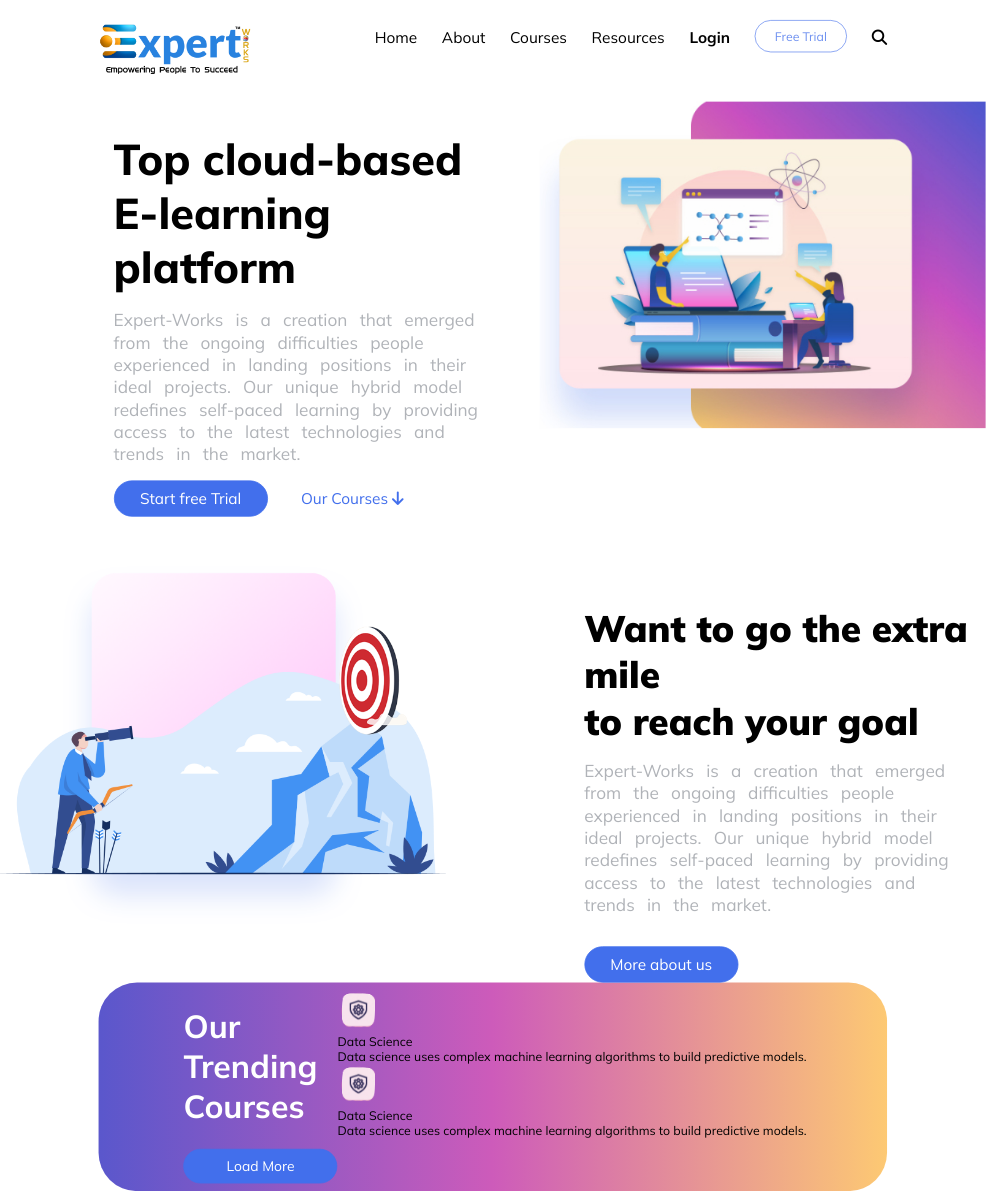
Repository: FlyweisReact/Raghu-B2C
Page: /homePage
An editor plug-in stored every save of this project. The page is shown before and after the next save, followed by the edit.
The browser window is 1280 px wide. The pictures show the whole page, at 77% of full size.
Some web libraries are served in a nearby version. The project was rebuilt for these pictures with package versions that can differ from the ones it lists, and the page was loaded fresh each time. Also part of the build but not shown: src/Footer/footer.scss, src/Footer/Footer.jsx, src/component/pages/courses/course.scss, src/component/Navbar/nav.scss, src/component/Navbar/Nav.jsx, src/component/navigation/NavItems.js, src/component/navigation/Dropdown.css, src/component/navigation/Dropdown.js and 43 more.

Above is the page before, as saved 2023-02-03 16:07:05.

### public/index.html
<!DOCTYPE html>
<html lang="en">
  <head>
    <meta charset="utf-8" />
    <link rel="icon" href="%PUBLIC_URL%/favicon.ico" />
    <meta name="viewport" content="width=device-width, initial-scale=1" />
    <meta name="theme-color" content="#000000" />
    <meta
      name="description"
      content="Web site created using create-react-app"
    />
    <link rel="apple-touch-icon" href="%PUBLIC_URL%/logo192.png" />
    <link href="https://fonts.googleapis.com/css2?family=Mulish:ital,wght@0,200;0,300;0,400;0,500;0,600;0,700;0,800;0,900;1,200;1,300;1,400;1,500;1,600;1,700;1,800&display=swap" rel="stylesheet">
    <link rel="manifest" href="%PUBLIC_URL%/manifest.json" />
    <title>Educational Web</title>
  </head>
  <body>
    <noscript>You need to enable JavaScript to run this app.</noscript>
    <div id="root"></div>
    <script src="https://kit.fontawesome.com/b533b351e4.js" crossorigin="anonymous"></script>
  </body>
</html>

### src/index.js
/** @format */

import React from "react";
import ReactDOM from "react-dom";
import { BrowserRouter } from "react-router-dom";
import App from "./App";

ReactDOM.render(
  <React.StrictMode>
    <BrowserRouter>
      <App />
    </BrowserRouter>
  </React.StrictMode>,
  document.getElementById("root")
);

### src/App.js
/** @format */

import { Routes, Route } from "react-router-dom";
import "./App.css";
import "./component/common.scss";
import Courses from "./component/pages/courses/Courses";
import Home from "./component/Home";
import Programs from "./component/pages/Programs/Programs";
import Login from "./component/pages/LoginPage/Login";
import CreateAccount from "./component/pages/CreateAccount/CreateAccount";
import UsertakenCourses from "./component/pages/UserTakenCourses/UsertakenCourses";
import ExploreMore from "./component/pages/morecourses/ExploreMore";
import Forgot from "./component/pages/forgotPassword/Forgot";
import OTP from "./component/pages/otp/OTP";
import Reset from "./component/pages/reset/Reset";
import ViewCourses from "./component/pages/viewCourses/ViewCourses";
import SignUpOtp from "./component/pages/signUpOtp/SignUpOtp"
import MyCourse from "./component/pages/Mycourse/MyCourse";
import MyCourseDesc from "./component/pages/Mycourse/MyCourseDesc";
import FreeTrial from "./component/pages/FreeTrial/FreeTrial";
import Subscription from "./component/pages/FreeTrial/Subscription";
import Billing from "./component/pages/FreeTrial/Billing";
import ThankYOu from "./component/pages/FreeTrial/ThankYOu";
import HomePage from "./HomePage";

function App() {
  const user = false;

  return (
    <div className="App">
      <Routes>
        <Route exect path="/" element={<Login />} />
        <Route exect path="/emailVerify" element={<Forgot />} />
        <Route exect path="/otp" element={<OTP />} />
        <Route exect path="/reset" element={<Reset />} />
        <Route exect path="/cources" element={<Courses />} />
        <Route exect path="/viewCourses" element={<ViewCourses />} />
        <Route exect path="/program" element={<Programs />} />
        <Route exect path="/home" element={<Home user={user} />} />
        <Route exect path="/create-acount" element={<CreateAccount />} />
        <Route exect path="/signUpOtp" element={<SignUpOtp />} />
        <Route exect path="/user" element={<UsertakenCourses />} />
        <Route exect path="/explore" element={<ExploreMore />} />
        <Route exect path="/myCourse" element={<MyCourse />} />
        <Route exect path="/myCourse/:id" element={<MyCourseDesc />} />
        <Route  exect path="/trial" element={<FreeTrial />} />
        <Route  exect path="/subscription" element={<Subscription />} />
        <Route  exect path="/billing" element={<Billing />} />
        <Route  exect path="/thank" element={<ThankYOu />} />
        <Route  exect path="/homePage" element={<HomePage />} />





      </Routes>
    </div>
  );
}

export default App;

### src/App.css
*{
  margin: 0;
  padding: 0;
  box-sizing: border-box;
  font-family: 'Mulish', sans-serif;
}
.hello{
  color:#7ABCFF;
color:  #3284D6;
color:  #D1E8FF;

}

### src/component/common.scss
.links{
    text-decoration: none;
    color: #fff;
    overflow-x: hidden;
}

*{
    // overflow-x: hidden;
    scroll-behavior: smooth;
}

### src/HomePage.js
/** @format */

import React from "react";
import "./HomePage.css";
// Images
import img from "./images/logo.png";
import img1 from './images/1st image.png'
import img2 from './images/2nd image.png'
import img3 from './images/Home.png'
import img4 from './images/icon.png'


const HomePage = () => {
  return (
    <>
      <div className="HomeNewnav">
        <div className="left">
          <img src={img} alt="" />
        </div>
        <div className="right">
          <ul>
            <li>Home</li>
            <li>About </li>
            <li>Courses</li>
            <li>Resources</li>
            <li style={{ fontWeight: "bold" }}>Login</li>
            <button>Free Trial</button>
            <li>
              <i class="fa-solid fa-magnifying-glass"></i>
            </li>
          </ul>
        </div>
      </div>

      <div className="mainSecTwo">
        <div className="left">
          <p className="head">
            Top cloud-based <br /> E-learning platform{" "}
          </p>
          <p className="desc">
            Expert-Works is a creation that emerged from the ongoing
            difficulties people experienced in landing positions in their ideal
            projects. Our unique hybrid model redefines self-paced learning by
            providing access to the latest technologies and trends in the
            market.
          </p>
          <div className="btns">
            <button
              style={{
                backgroundColor: "#426fec",
                color: "#fff",
                width: "200px",
                border: "1px solid #426fec",
                fontSize: "20px",
                borderRadius: "50px",
                padding: "10px",
              }}
            >
              Start free Trial
            </button>
            <button
              style={{
                backgroundColor: "#fff",
                color: "#426fec",
                width: "200px",
                border: "none",
                fontSize: "20px",
                borderRadius: "50px",
                padding: "10px",
              }}
            >
              Our Courses <i class="fa-solid fa-arrow-down"></i>
            </button>
          </div>
        </div>
        <div className="right">
          <img
            src={img3}
            alt=""
          />
        </div>
      </div>

      <div className="mainSecTwo2">
        <div className="left">
          <img
            src={img2}
            alt=""
          />
        </div>
        <div className="right">
          <p className="head">
            Want to go the extra mile <br />
            to reach your goal
          </p>
          <p className="desc">
            Expert-Works is a creation that emerged from the ongoing
            difficulties people experienced in landing positions in their ideal
            projects. Our unique hybrid model redefines self-paced learning by
            providing access to the latest technologies and trends in the
            market.
          </p>
          <div className="btns">
            <button
              style={{
                backgroundColor: "#426fec",
                color: "#fff",
                width: "200px",
                border: "1px solid #426fec",
                fontSize: "20px",
                borderRadius: "50px",
                padding: "10px",
              }}
            >
              More about us
            </button>
          </div>
        </div>
      </div>

      <div className="centerMainDiv">
        <div className="left">
          <p className="head">
            Our <br /> Trending <br /> Courses
          </p>{" "}
          <button
            style={{
              backgroundColor: "#426fec",
              color: "#fff",
              width: "200px",
              border: "1px solid #426fec",
              fontSize: "18px",
              borderRadius: "50px",
              padding: "10px",
              marginTop : '30px'
            }}
          >
           Load More
          </button>
        </div>
        <div className="right">
            <div className="group">
                <div>
                    <img src={img4} alt='' />
                    <p className="head">Data Science</p>
                    <p className="desc">Data science uses complex machine learning algorithms to build predictive models.</p>
                </div>
                <div>
                    <img src={img4} alt='' />
                    <p className="head">Data Science</p>
                    <p className="desc">Data science uses complex machine learning algorithms to build predictive models.</p>
                </div>
            </div>
        </div>
      </div>
    </>
  );
};

export default HomePage;

### src/HomePage.css
/** @format */

.HomeNewnav {
  display: flex;
  justify-content: space-between;
  width: 80%;
  margin-left: 10%;
  margin-top: 2%;
}
.HomeNewnav .left img {
  width: 200px;
}
.HomeNewnav .right ul {
  display: flex;
  gap: 2rem;
}
.HomeNewnav .right ul li {
  list-style: none;
  font-size: 20px;
  margin-top: 10px;
}
.HomeNewnav .right ul button {
  width: 120px;
  font-size: 16px;
  margin-top: 0;
  border: 1px solid #6e90f0;
  color: #6e90f0;
  background-color: #fff;

  padding: 10px;
  border-radius: 50px;
}
.HomeNewnav .right ul li:hover {
  color: #6e90f0;
  cursor: pointer;
}

.mainSecTwo {
  display: flex;
  margin-top: 2%;
  gap: 2rem;
  justify-content: space-between;
}
.mainSecTwo .left {
  width: 50%;
  margin-left: 7%;
  margin-top: 3%;
}
.mainSecTwo .right {
  width: 50%;
}
.mainSecTwo .right img {
  width: 100%;
}
.mainSecTwo .left .head {
  font-size: 3.5rem;
  font-weight: 800;
  margin-left: 10%;
}
.mainSecTwo .left .desc {
  width: 500px;
  word-spacing: 10px;
  font-size: 1.4rem;
  margin-top: 20px;
  margin-left: 10%;
  color: #b0b3b8;
}
.mainSecTwo .left .btns {
  display: flex;
  gap: 10px;
  margin-left: 10%;
  margin-top: 20px;
}

.mainSecTwo2 {
  display: flex;
  margin-top: 5%;
  gap: 2rem;
  justify-content: space-between;
}
.mainSecTwo2 .right {
  width: 50%;
  margin-top: 4%;
  margin-left: 7%;
}
.mainSecTwo2 .left {
  width: 50%;
}
.mainSecTwo2 .left img {
  width: 100%;
}
.mainSecTwo2 .right .head {
  font-size: 3rem;
  font-weight: 900;
  margin-left: 10%;
}
.mainSecTwo2 .right .desc {
  width: 500px;
  word-spacing: 10px;
  font-size: 1.4rem;
  margin-top: 20px;
  margin-left: 10%;
  color: #b0b3b8;
}
.mainSecTwo2 .right .btns {
  display: flex;
  gap: 10px;
  margin-left: 10%;
  margin-top: 40px;
}

.centerMainDiv {
  width: 80%;
  background-image: linear-gradient(to right, #5a57cc, #cd5bba, #fdc973);
  margin: auto;
  border-radius: 50px;
  padding: 10px;
  display:  flex;
}
.centerMainDiv .left {
    margin-top: 2%;
    color: #fff;
    font-size: 2.6rem;
    font-weight: bold;
    margin-left: 10%;
}
.centerMainDiv .right{
    display: flex;
}

Loaded but not shown: src/component/pages/viewCourses/viewCourses.css (no stored copy; drawn as an empty file)

After the next save:
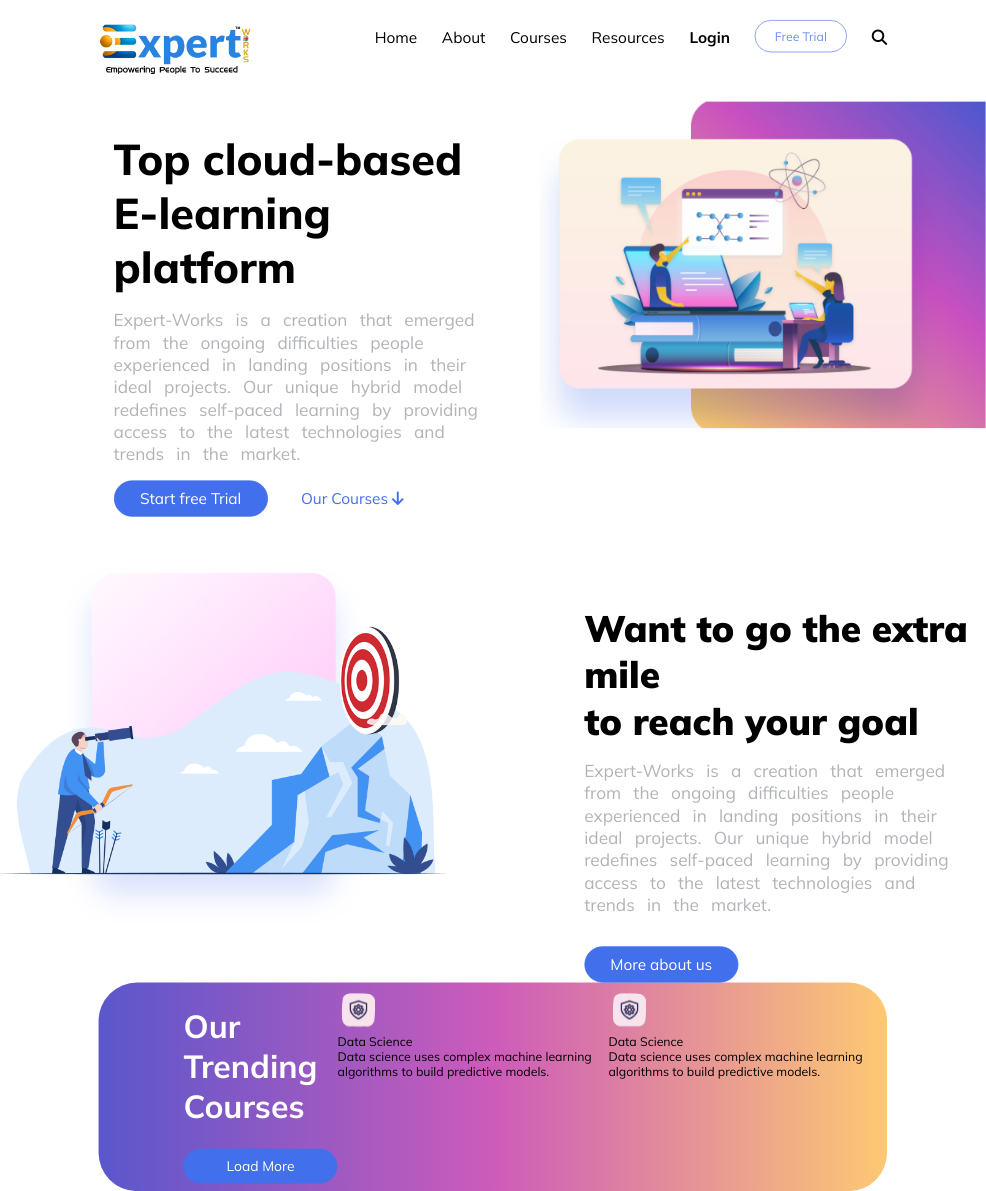
Saved 7 s later.
--- a/src/HomePage.css
+++ b/src/HomePage.css
@@ -124,6 +124,6 @@
     font-weight: bold;
     margin-left: 10%;
 }
-.centerMainDiv .right{
+.centerMainDiv .right .group{
     display: flex;
 }
